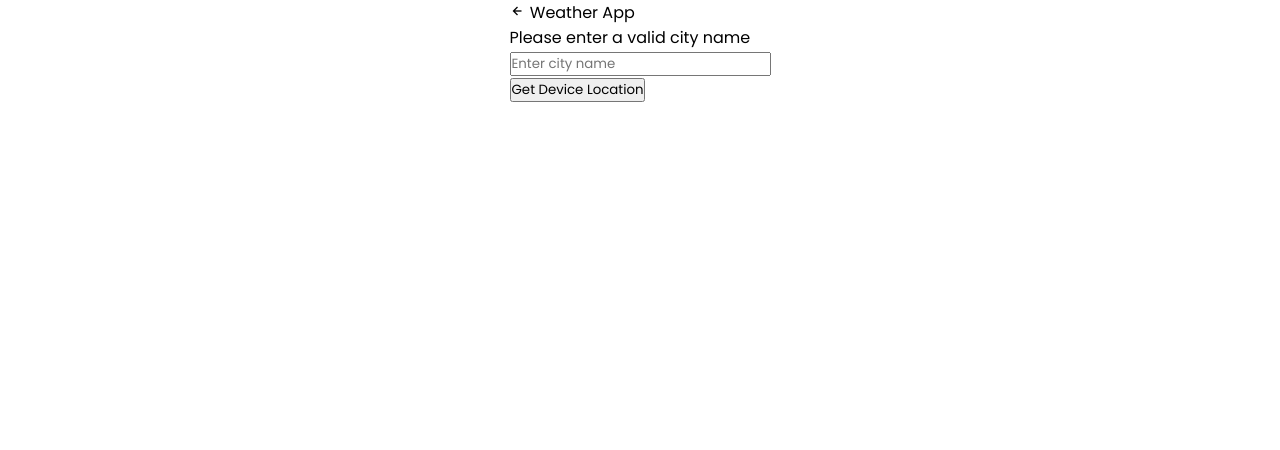
Repository: long13820/Weather-App-HTML-CSS-Javascript
Page: index.html
These files come from the project's save history. The page is drawn as it stood at one moment and after the next save; the edit follows.
The browser window is 1280 px wide. The pictures show the whole page.

Above is the page before, as saved 2021-09-01 22:56:51.

After the next save:
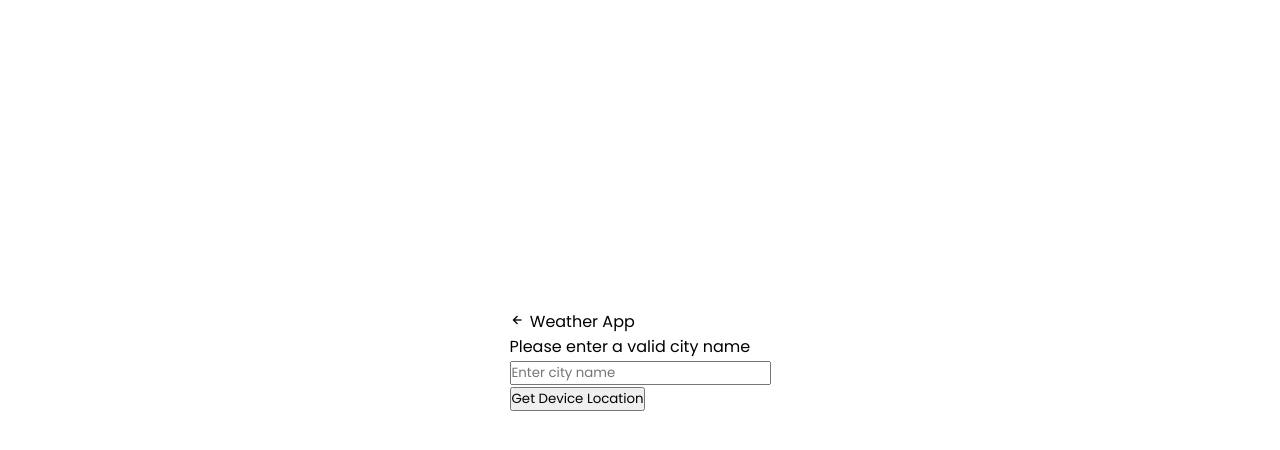
Saved 4 s later.
--- a/style.css
+++ b/style.css
@@ -10,5 +10,5 @@ body{
     display: flex;
     align-items: center;
     justify-content: center;
-    min
+    min-height: 100vh;
 }
